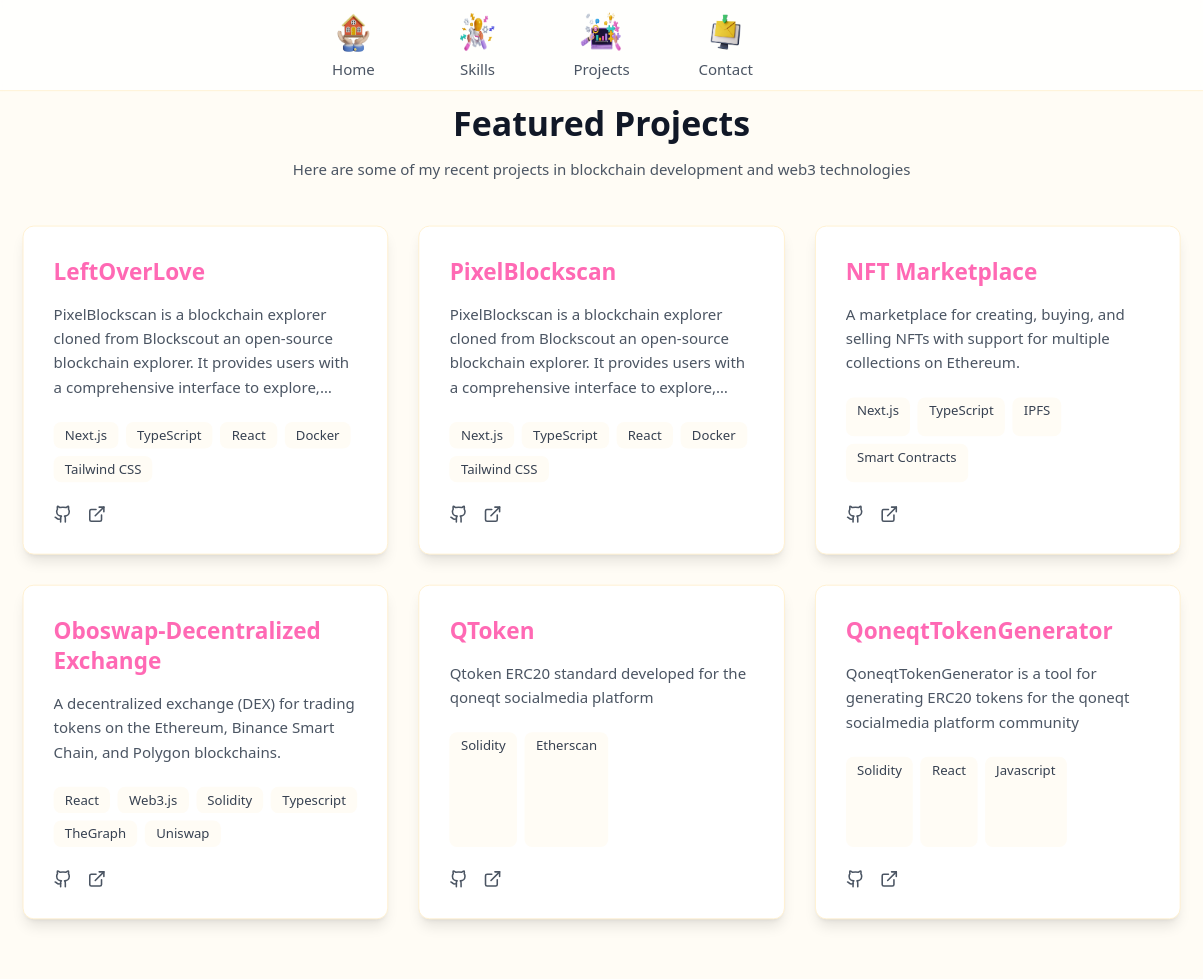
Repository: cryptonix21/personal-portfolio
Page: /projects
An editor plug-in stored every save of this project. The page is shown before and after the next save, followed by the edit.
The browser window is 1280 px wide. The pictures show the whole page, at 94% of full size.
The project was rebuilt for these pictures with package versions that can differ from the ones it lists, and the page was loaded fresh each time. Also part of the build but not shown: vite.config.ts, src/components/Resume.tsx, src/hooks/useTypewriter.ts, src/components/Hero.tsx, src/components/Skills.tsx, src/components/Contact.tsx. Imported but missing from the stored project, and not drawn on this page: src/assets/Gopal_Gurram_Resume.pdf.

Above is the page before, as saved 2024-12-20 09:22:00.

### index.html
<!doctype html>
<html lang="en">
  <head>
    <meta charset="UTF-8" />
    <link rel="icon" type="image/png" href="/src/assets/g-icon.jpg" />
    <meta name="viewport" content="width=device-width, initial-scale=1.0" />
    <meta http-equiv="X-UA-Compatible" content="ie=edge">

    <!-- Performance optimizations -->
    <link rel="preconnect" href="https://fonts.googleapis.com" crossorigin>
    <link rel="dns-prefetch" href="https://fonts.googleapis.com">

    <!-- Critical CSS -->
    <style>
      /* Inline critical styles */
      body { font-display: swap; }
      .text-2xl { font-size: 1.5rem; line-height: 2rem; }
      .font-bold { font-weight: 700; }
      .text-gray-900 { color: rgb(17, 24, 39); }
    </style>

    <!-- Meta tags for better SEO and performance -->
    <meta name="description" content="Gopal Gurram's Portfolio - Full Stack Developer">
    <meta name="theme-color" content="#ffffff">

    <title>Gopal Gurram's Portfolio</title>
  </head>
  <body>
    <div id="root"></div>
    <script type="module" src="/src/main.tsx"></script>
  </body>
</html>

### src/main.tsx
import React from 'react';
import { createRoot } from 'react-dom/client';
import App from './App.tsx';
import './index.css';
import { initWebVitals } from './utils/webVitals';

// Initialize web vitals
initWebVitals();

const rootElement = document.getElementById('root');
if (!rootElement) throw new Error('Failed to find the root element');

const root = createRoot(rootElement);
root.render(
  <React.StrictMode>
    <App />
  </React.StrictMode>
);

### src/App.tsx
import { BrowserRouter as Router, Routes, Route, Navigate } from 'react-router-dom';
import Header from './components/Header';
import Hero from './components/Hero';
import Projects from './components/Projects';
import Skills from './components/Skills';
import Contact from './components/Contact';

function App() {
  return (
    <Router>
      <div className="min-h-screen bg-cream-50 transition-colors duration-300">
        <Header />
        <Routes>
          <Route path="/" element={<Hero />} />
          <Route path="/projects" element={<Projects />} />
          <Route path="/skills" element={<Skills />} />
          <Route path="/contact" element={<Contact />} />
          <Route path="*" element={<Navigate to="/" replace />} />
        </Routes>
      </div>
    </Router>
  );
}

export default App;

### src/index.css
@tailwind base;
@tailwind components;
@tailwind utilities;

@keyframes fadeIn {
  from {
    opacity: 0;
    transform: translateY(20px);
  }
  to {
    opacity: 1;
    transform: translateY(0);
  }
}

.animate-fade-in {
  animation: fadeIn 0.8s ease-out forwards;
}

.animate-fade-in-delay {
  animation: fadeIn 0.8s ease-out 0.3s forwards;
  opacity: 0;
}

.animate-fade-in-delay-2 {
  animation: fadeIn 0.8s ease-out 0.6s forwards;
  opacity: 0;
}

html {
  scroll-behavior: smooth;
}

::-webkit-scrollbar {
  width: 8px;
}

::-webkit-scrollbar-track {
  background: #1a1a1a;
}

::-webkit-scrollbar-thumb {
  background: #3b82f6;
  border-radius: 4px;
}

::-webkit-scrollbar-thumb:hover {
  background: #2563eb;
}

### src/utils/webVitals.ts
import { onCLS, onFID, onLCP } from 'web-vitals';

export function initWebVitals() {
  function reportWebVitals({ name, value, id }: { name: string; value: number; id: string }) {
    // Log to console in development
    if (import.meta.env.DEV) {
      console.log(`${name}:`, value, `(ID: ${id})`);
    }
  }

  // Initialize web vitals
  onCLS(reportWebVitals);
  onFID(reportWebVitals);
  onLCP(reportWebVitals);
}

### src/components/Header.tsx
import { useState, useCallback, memo } from 'react';
import { Menu, X } from 'lucide-react';
import { Link } from 'react-router-dom';
import { handleDownload } from './Resume';
import homeIcon from '../assets/home.png';
import skillsIcon from '../assets/skills.png';
import projectsIcon from '../assets/projects.png';
import contactIcon from '../assets/contact.png';
import resumeIcon from '../assets/resume.png';

// Memoized navigation item component
const NavItem = memo(({ to, icon, label, onClick }: {
  to: string;
  icon: any;
  label: string;
  onClick?: () => void
}) => (
  <li className="py-2">
    {onClick ? (
      <button
        onClick={onClick}
        className="text-gray-600 hover:text-uni-pink transition-all duration-300 flex flex-col items-center p-3 rounded-lg hover:bg-cream-100 min-w-[100px]"
      >
        <img
          src={icon}
          alt={label}
          className={`w-12 h-12 mb-1 ${label === 'Resume' ? 'animate-fade-in-delay-2' : ''}`}
          loading="eager"
          fetchPriority="high"
          decoding="async"
          width={48}
          height={48}
        />
        <span className={label === 'Resume' ? 'animate-fade-in-delay-2' : ''}>
          {label}
        </span>
      </button>
    ) : (
      <Link
        to={to}
        className="text-gray-600 hover:text-uni-pink transition-all duration-300 flex flex-col items-center p-3 rounded-lg hover:bg-cream-100 min-w-[100px]"
      >
        <img
          src={icon}
          alt={label}
          className={`w-12 h-12 mb-1 ${label === 'Resume' ? 'animate-fade-in-delay-2' : ''}`}
          loading="eager"
          fetchPriority="high"
          decoding="async"
          width={48}
          height={48}
        />
        <span className={label === 'Resume' ? 'animate-fade-in-delay-2' : ''}>
          {label}
        </span>
      </Link>
    )}
  </li>
));

NavItem.displayName = 'NavItem';

function Header() {
  const [isMenuOpen, setIsMenuOpen] = useState(false);

  const toggleMenu = useCallback(() => {
    setIsMenuOpen(prev => !prev);
  }, []);

  const navItems = [
    { to: '/', icon: homeIcon, label: 'Home' },
    { to: '/skills', icon: skillsIcon, label: 'Skills' },
    { to: '/projects', icon: projectsIcon, label: 'Projects' },
    { to: '/contact', icon: contactIcon, label: 'Contact' },
    { to: '#', icon: resumeIcon, label: 'Resume', onClick: handleDownload }
  ];

  return (
    <header className="fixed top-0 left-0 right-0 bg-white/80 backdrop-blur-sm z-50 border-b border-cream-200">
      <div className="container mx-auto px-4 sm:px-6">
        <div className="flex justify-center items-center h-24">
          <nav className="hidden md:block">
            <ul className="flex space-x-8">
              {navItems.map((item) => (
                <NavItem
                  key={item.to}
                  {...item}
                />
              ))}
            </ul>
          </nav>

          {/* Mobile menu button */}
          <button
            className="md:hidden p-2 rounded-lg hover:bg-cream-100"
            onClick={toggleMenu}
            aria-label="Toggle menu"
          >
            {isMenuOpen ? <X className="w-6 h-6" /> : <Menu className="w-6 h-6" />}
          </button>

          {/* Mobile menu */}
          {isMenuOpen && (
            <div className="absolute top-full left-0 right-0 bg-white border-t border-cream-200 md:hidden">
              <nav className="container mx-auto px-4 py-4">
                <ul className="flex flex-col items-center space-y-4">
                  {navItems.map((item) => (
                    <NavItem
                      key={item.to}
                      {...item}
                    />
                  ))}
                </ul>
              </nav>
            </div>
          )}
        </div>
      </div>
    </header>
  );
}

export default memo(Header);

### src/components/Projects.tsx
import { Github, ExternalLink } from 'lucide-react';
import { projects } from '../constants/projects';

function Projects() {

  return (
    <section id="projects" className="py-16 bg-cream-50 pt-28">
      <div className="container mx-auto px-4 sm:px-6">
        <h2 className="text-4xl font-bold text-gray-900 mb-4 text-center">
          Featured Projects
        </h2>
        <p className="text-gray-600 text-center mb-12 max-w-2xl mx-auto">
          Here are some of my recent projects in blockchain development and web3 technologies
        </p>
        <ul className="grid grid-cols-1 md:grid-cols-2 lg:grid-cols-3 gap-8">
          {projects.map((project, index) => (
            <li
              key={index}
              className="bg-white rounded-xl p-8 shadow-lg border border-cream-200 hover:border-uni-pink transition-all duration-300 flex flex-col h-full"
            >
              <h3 className="text-2xl font-bold text-uni-pink mb-4">
                {project.title}
              </h3>
              <p className="text-gray-600 mb-6 leading-relaxed line-clamp-4">
                {project.description}
              </p>
              <ul className="flex flex-wrap gap-2 mb-6 flex-grow">
                {project.tech.map((tech, techIndex) => (
                  <li
                    key={techIndex}
                    className="bg-cream-50 text-gray-700 px-3 py-1 rounded-lg text-sm font-medium hover:bg-cream-100 transition-colors duration-300"
                  >
                    {tech}
                  </li>
                ))}
              </ul>
              <div className="flex gap-4 mt-auto">
                <a
                  href={project.github}
                  className="text-gray-600 hover:text-uni-pink transition-colors duration-300"
                  target="_blank"
                  rel="noopener noreferrer"
                  aria-label="View GitHub Repository"
                >
                  <Github size={20} />
                </a>
                <a
                  href={project.live}
                  className="text-gray-600 hover:text-uni-pink transition-colors duration-300"
                  target="_blank"
                  rel="noopener noreferrer"
                  aria-label="View Live Project"
                >
                  <ExternalLink size={20} />
                </a>
              </div>
            </li>
          ))}
        </ul>
      </div>
    </section>
  );
}

export default Projects;

### src/constants/projects.ts
interface Project {
  title: string;
  description: string;
  tech: string[];
  github: string;
  live: string;
}

export const projects: Project[] = [
  {
    title: "LeftOverLove",
    description: "PixelBlockscan is a blockchain explorer cloned from Blockscout an open-source blockchain explorer. It provides users with a comprehensive interface to explore, search, and analyze transactions, blocks, and smart contract interactions.",
    tech: ["Next.js", "TypeScript", "React", "Docker", "Tailwind CSS"],
    github: "https://github.com/blockscout/blockscout",
    live: "https://scan.pixelsoftwares.com/"
  },
  {
    title: "PixelBlockscan",
    description: "PixelBlockscan is a blockchain explorer cloned from Blockscout an open-source blockchain explorer. It provides users with a comprehensive interface to explore, search, and analyze transactions, blocks, and smart contract interactions.",
    tech: ["Next.js", "TypeScript", "React", "Docker", "Tailwind CSS"],
    github: "https://github.com/blockscout/blockscout",
    live: "https://scan.pixelsoftwares.com/"
  },
  {
    title: "NFT Marketplace",
    description: "A marketplace for creating, buying, and selling NFTs with support for multiple collections on Ethereum.",
    tech: ["Next.js", "TypeScript", "IPFS", "Smart Contracts"],
    github: "",
    live: ""
  },
  {
    title: "Oboswap-Decentralized Exchange",
    description: "A decentralized exchange (DEX) for trading tokens on the Ethereum, Binance Smart Chain, and Polygon blockchains.",
    tech: ["React", "Web3.js", "Solidity", "Typescript", "TheGraph","Uniswap"],
    github: "https://github.com/oboswap",
    live: "https://oboswap.com/"
  },
  {
    title: "QToken",
    description: "Qtoken ERC20 standard developed for the qoneqt socialmedia platform",
    tech: [ "Solidity", "Etherscan"],
    github: "https://github.com/qoneqt/Qtoken/tree/main",
    live: "https://qoneqt.com/home"
  },
  {
    title: "QoneqtTokenGenerator",
    description: "QoneqtTokenGenerator is a tool for generating ERC20 tokens for the qoneqt socialmedia platform community",
    tech: ["Solidity", "React" , "Javascript"],
    github: "https://github.com/qoneqt/Qtoken/tree/main",
    live: "https://qoneqt.com/home"
  }
];

### tailwind.config.js
/** @type {import('tailwindcss').Config} */
export default {
  content: [
    "./index.html",
    "./src/**/*.{js,ts,jsx,tsx}",
  ],
  darkMode: 'class',
  theme: {
    extend: {
      colors: {
        cream: {
          50: '#FFFCF5',
          100: '#FFF8E7',
          200: '#FFF1D0',
          300: '#FFE4B0',
          400: '#FFD580',
          500: '#FFC94D',
        },
        'uni': {
          pink: '#FF007A',
          'pink-light': '#FF4D9E',
          'pink-dark': '#D10066',
          purple: '#7A0099',
          'purple-light': '#9B00C6',
          'purple-dark': '#5C0073',
        },
        'uni-pink': '#FF69B4',
      },
      backgroundImage: {
        'gradient-radial': 'radial-gradient(var(--tw-gradient-stops))',
      },
    },
  },
  plugins: [],
};

After the next save:
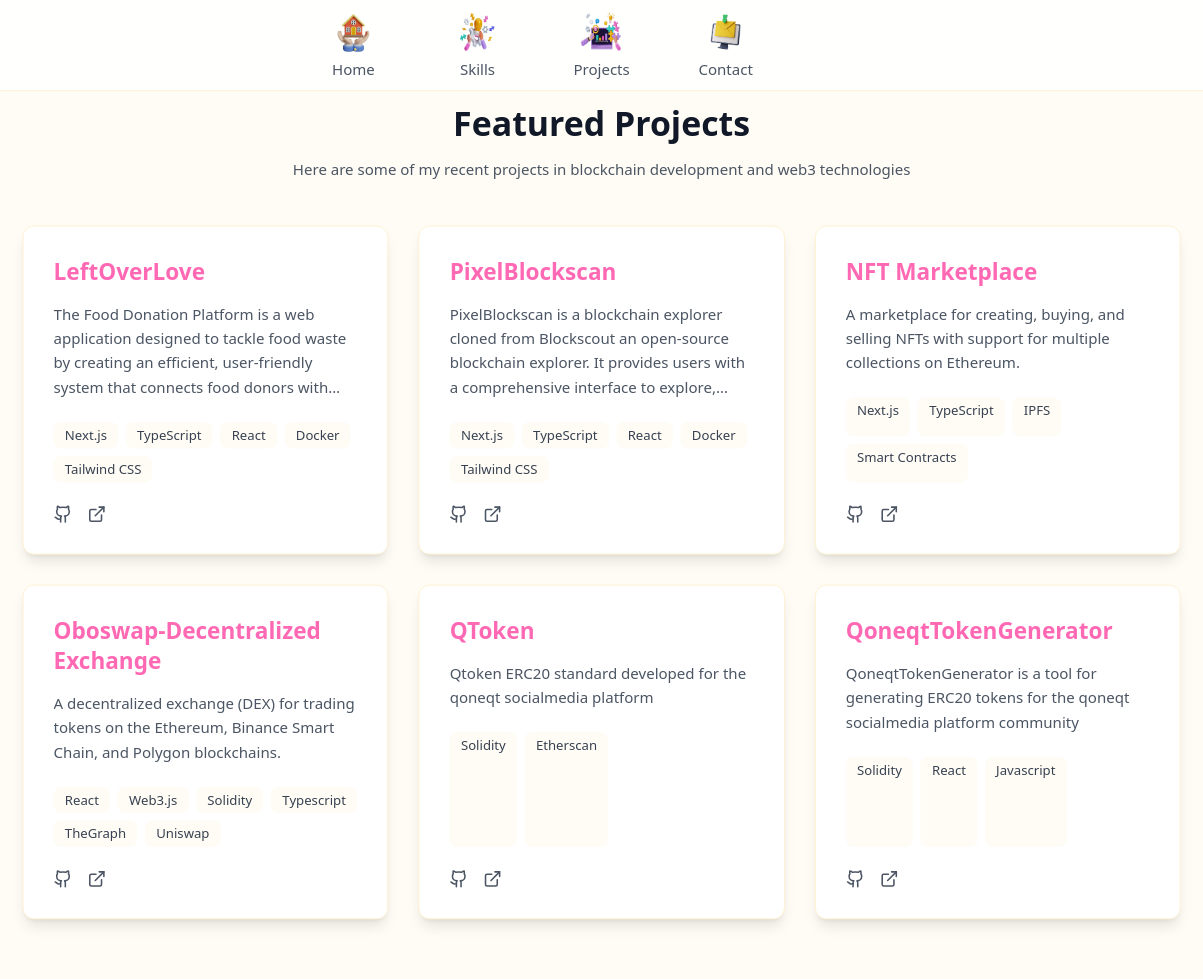
Saved 5 min 40 s later.
--- a/src/constants/projects.ts
+++ b/src/constants/projects.ts
@@ -9,7 +9,7 @@
 export const projects: Project[] = [
   {
     title: "LeftOverLove",
-    description: "PixelBlockscan is a blockchain explorer cloned from Blockscout an open-source blockchain explorer. It provides users with a comprehensive interface to explore, search, and analyze transactions, blocks, and smart contract interactions.",
+    description: "The Food Donation Platform is a web application designed to tackle food waste by creating an efficient, user-friendly system that connects food donors with individuals and organizations in need",
     tech: ["Next.js", "TypeScript", "React", "Docker", "Tailwind CSS"],
     github: "https://github.com/blockscout/blockscout",
     live: "https://scan.pixelsoftwares.com/"
